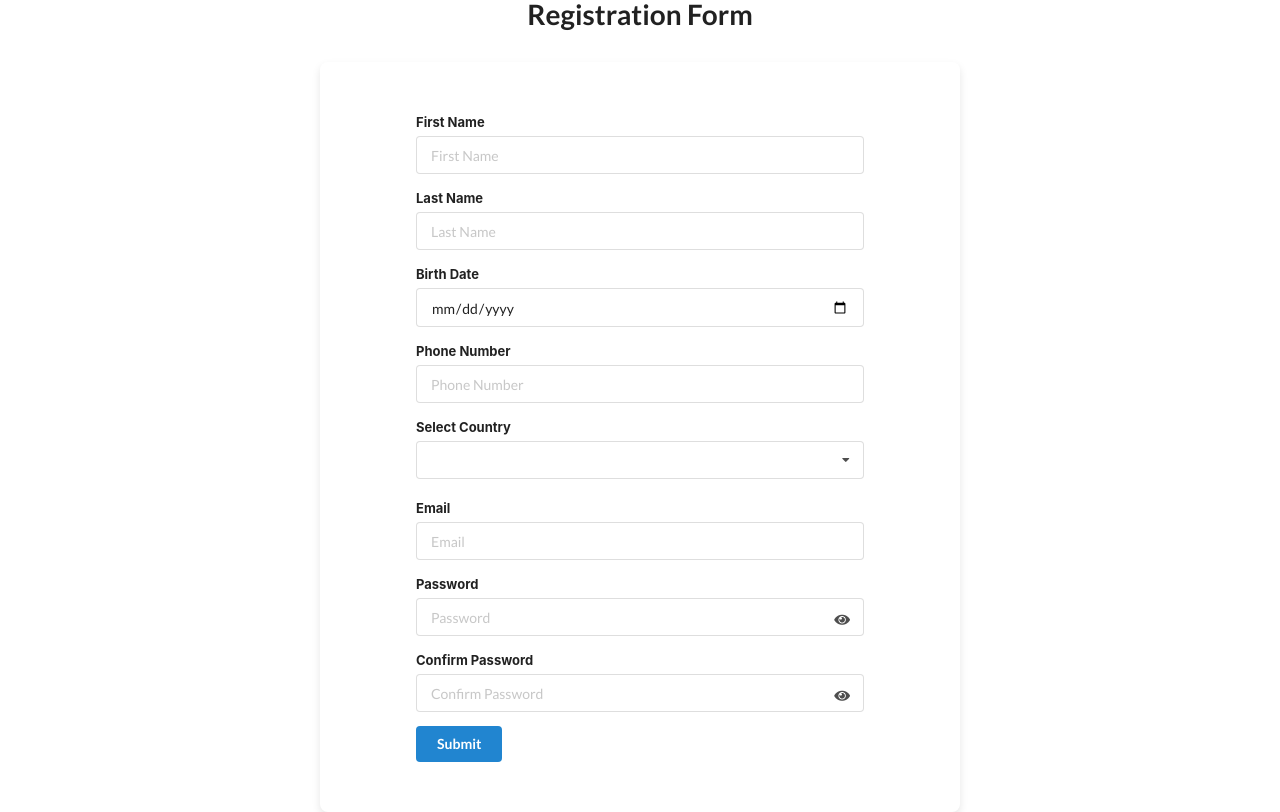
Repository: Wahid137/registration-form
Page: /
The author's editor kept a copy of each file at every save. The page is drawn from the files as they stood at one save, then again after the next save.
The browser window is 1280 px wide. The pictures show the whole page.
The project was rebuilt for these pictures with package versions that can differ from the ones it lists, and the page was loaded fresh each time. Also part of the build but not shown: src/App.css.

Above is the page before, as saved 2024-05-01 13:51:25.

After the next save:
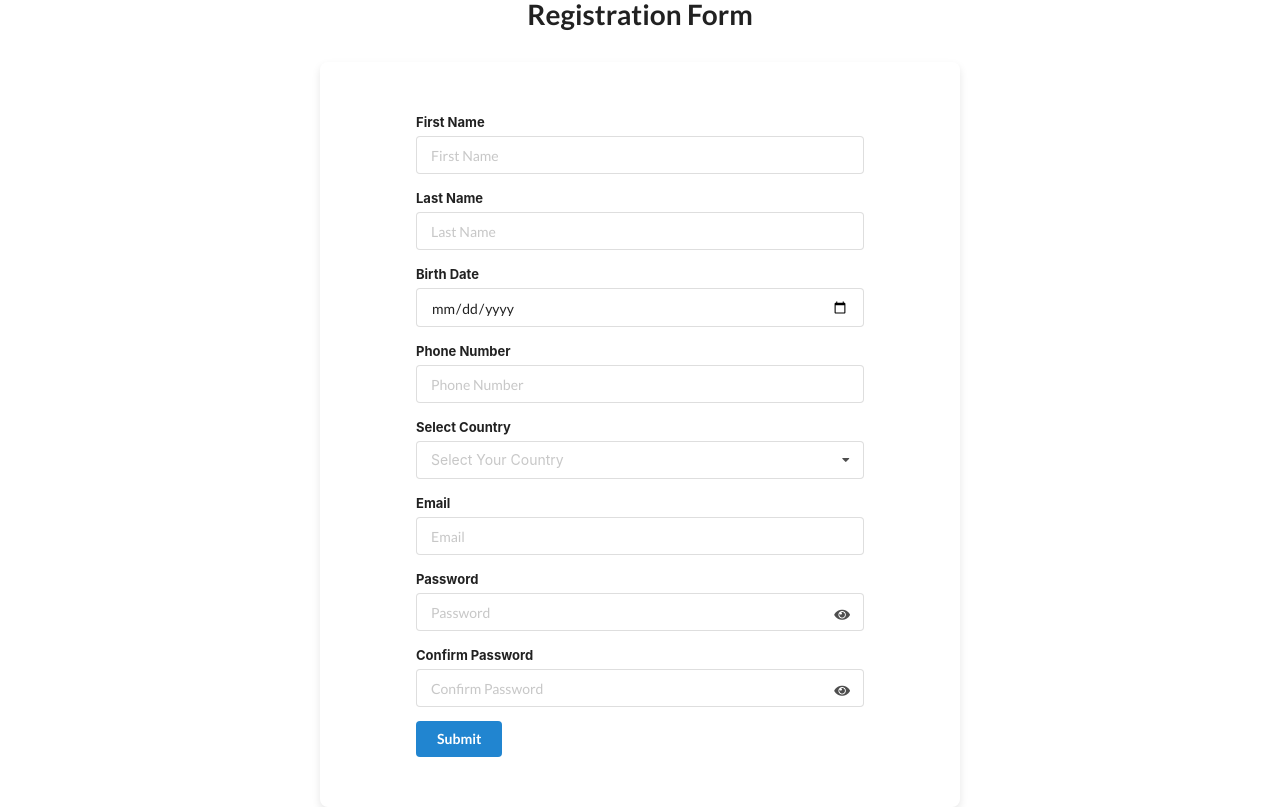
Saved 40 s later.
--- a/src/components/Register.js
+++ b/src/components/Register.js
@@ -3,6 +3,7 @@ import moment from "moment";
 import React, { useState } from "react";
 import { useForm } from "react-hook-form";
 import { Button, Container, Form, FormField, Icon, Select } from "semantic-ui-react";
+import { countryOptions } from "../utils/country";
 
 const Register = () => {
     const [showPassword, setShowPassword] = useState(false); // State to toggle password visibility
@@ -188,7 +189,7 @@ const Register = () => {
                 <div style={{ marginBottom: "1rem" }}>
                     <FormField>
                         <label>Select Country</label>
-                        <Select {...register("country")} />
+                        <Select {...register("country")} placeholder="Select Your Country" options={countryOptions} />
                     </FormField>
                 </div>
                 <div style={{ marginBottom: "1rem" }}>
